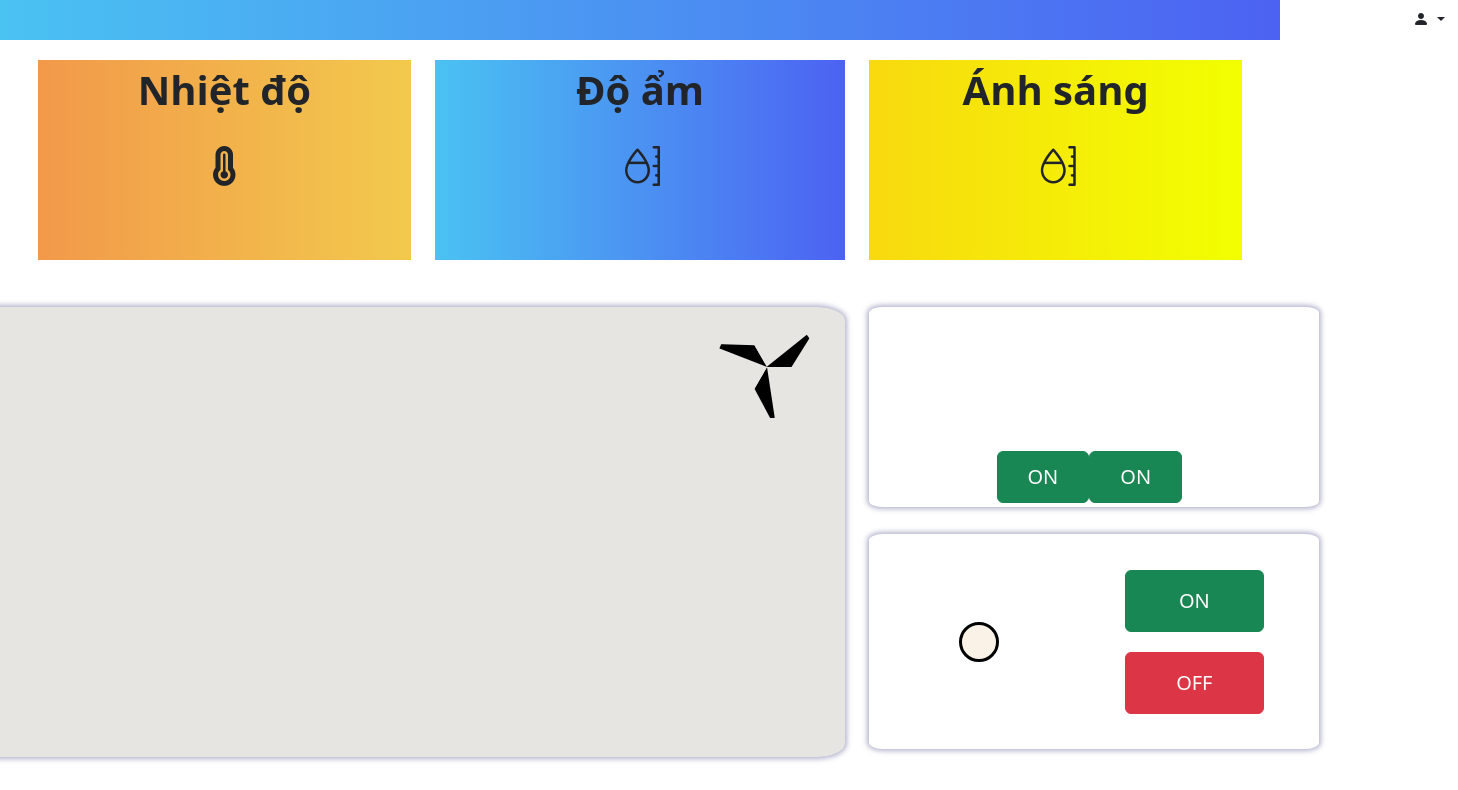
Repository: ndmq03102002/BTL_IOT
Page: Fontend_IOT/iot/index.html
These files come from the project's save history. The page is drawn as it stood at one moment and after the next save; the edit follows.
The browser window is 1280 px wide. The page is 1458 px wide, so the pictures cover 1458 px, including what lies to the right of the window. The pictures show the whole page.
Some web libraries are served in a nearby version.

Above is the page before, as saved 2023-09-07 09:55:04.

After the next save:
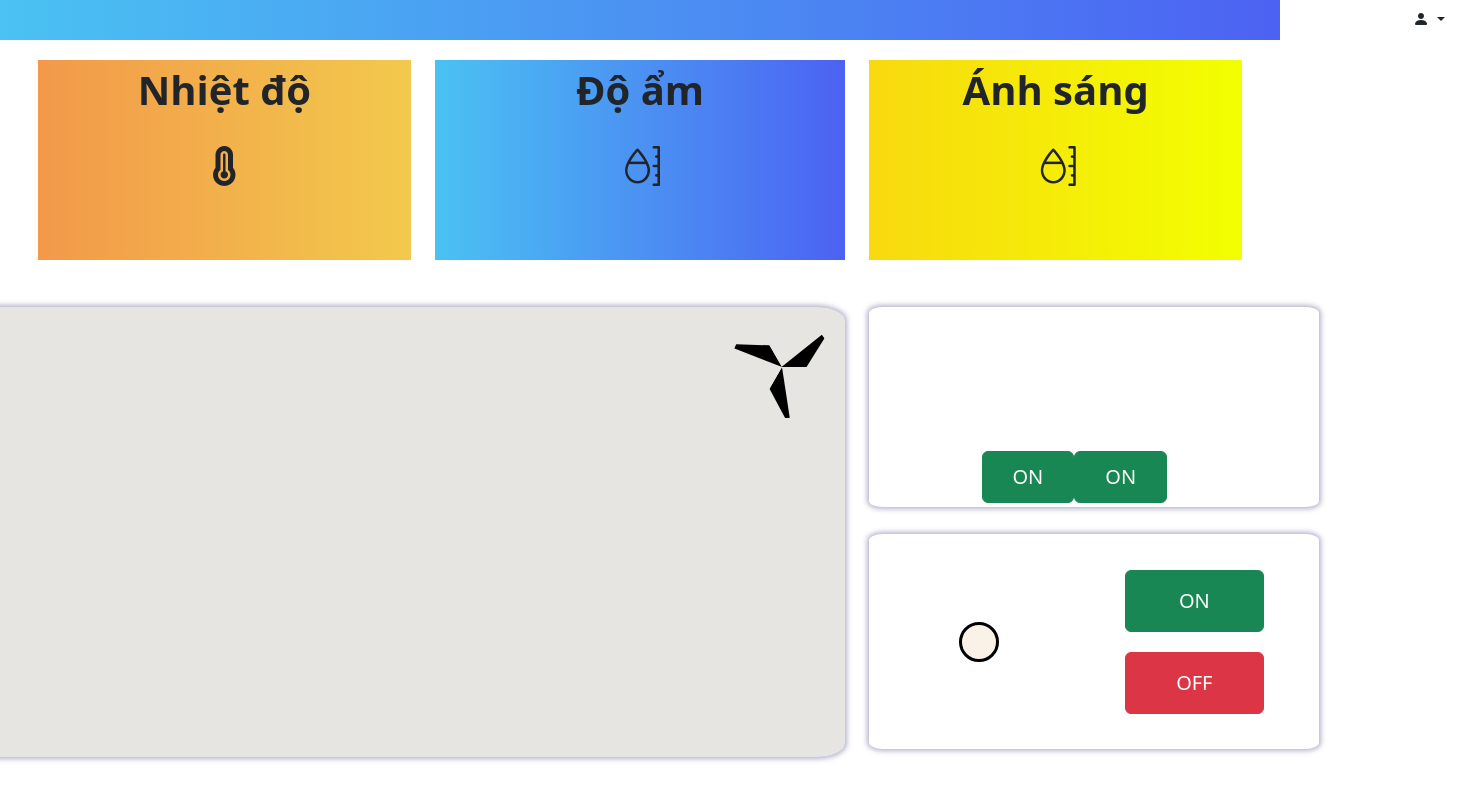
Saved 7 s later.
--- a/Fontend_IOT/iot/index.html
+++ b/Fontend_IOT/iot/index.html
@@ -65,7 +65,7 @@
                         <div class="blade blade-3"></div>
                         <div class="stand"></div>
                     </div>
-                    <div class="button" style="margin-top: 140px;margin-left: 230px;">
+                    <div class="button" style="margin-top: 140px;margin-left: 200px;">
                         <button class="btn btn-success " onclick="OnFan()" style="--bs-btn-padding-y: 10px; --bs-btn-padding-x: 30px; --bs-btn-font-size: 20px; ">ON</button>
                     </div>
                     <div class="button" style="margin-top: 140px;margin-right: 240px;">
